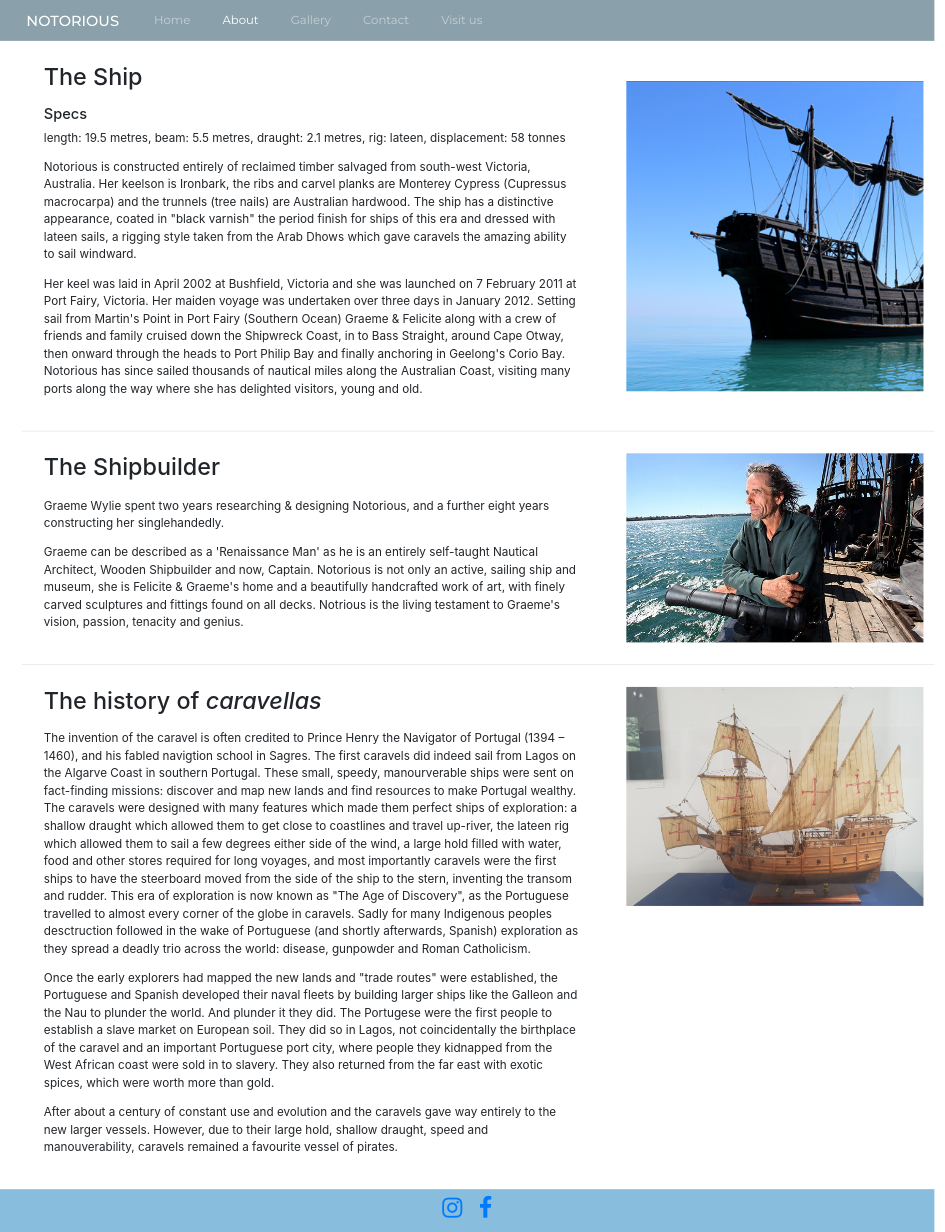
Repository: TSRose/NotorioustheShip
Page: about.html
The author's editor kept a record of every edit. The page is drawn from the files as they stood at one moment, then again after the next edit.
The browser window is 1280 px wide. The page is 1295 px wide, so the pictures cover 1295 px, including what lies to the right of the window. The pictures show the whole page, at 73% of full size.

Above is the page before.

After the next edit:
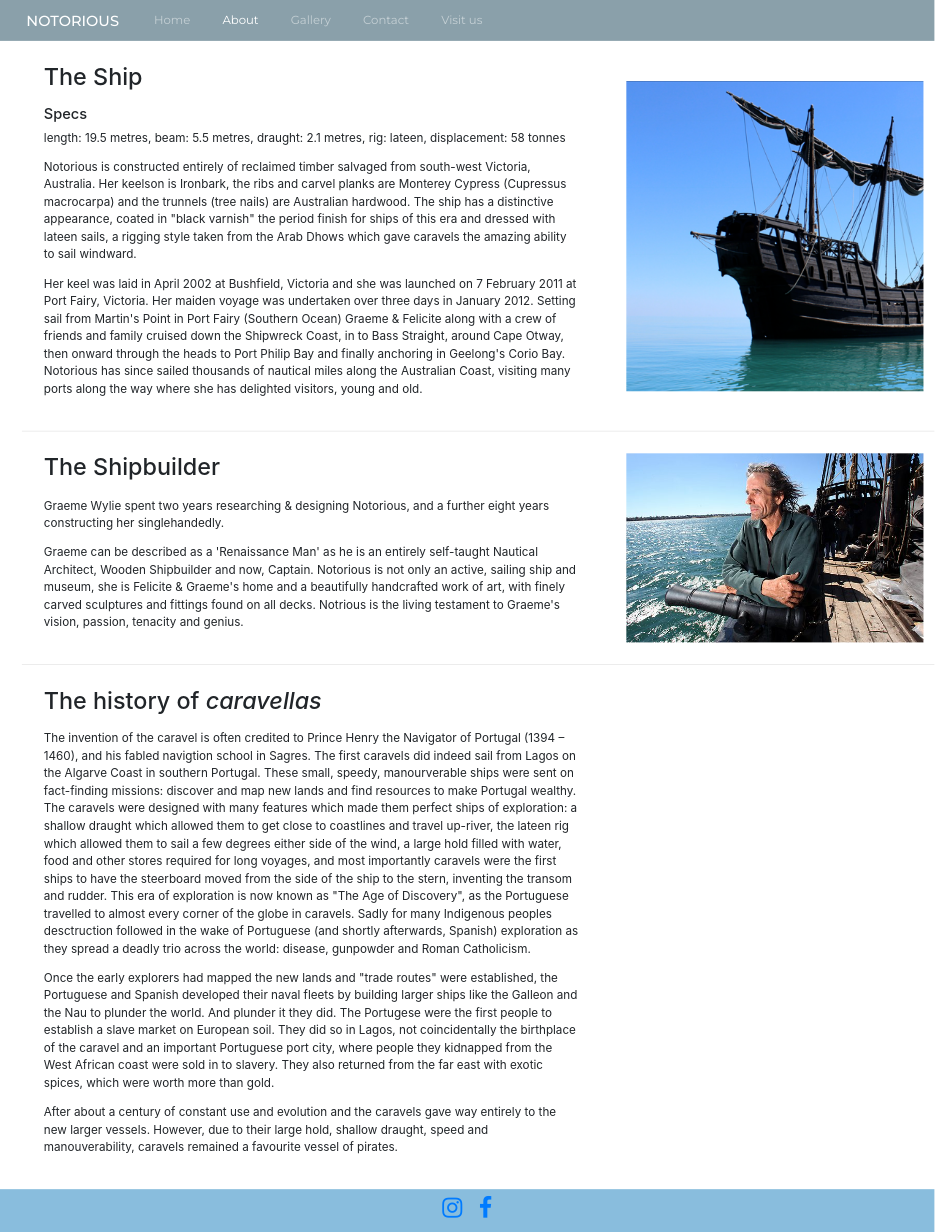
The edit:
--- a/about.html
+++ b/about.html
@@ -91,7 +91,7 @@
                         However, due to their large hold, shallow draught, speed and manouverability, caravels remained a favourite vessel of pirates.</p>
                     </div>
                 </div>
-                <div class="col-4 thehistoryimage image-fluid">
+                <div class="d-sm-none d-xs-none col-md-4 thehistoryimage image-fluid">
                 </div>
             </div>
         </div>
